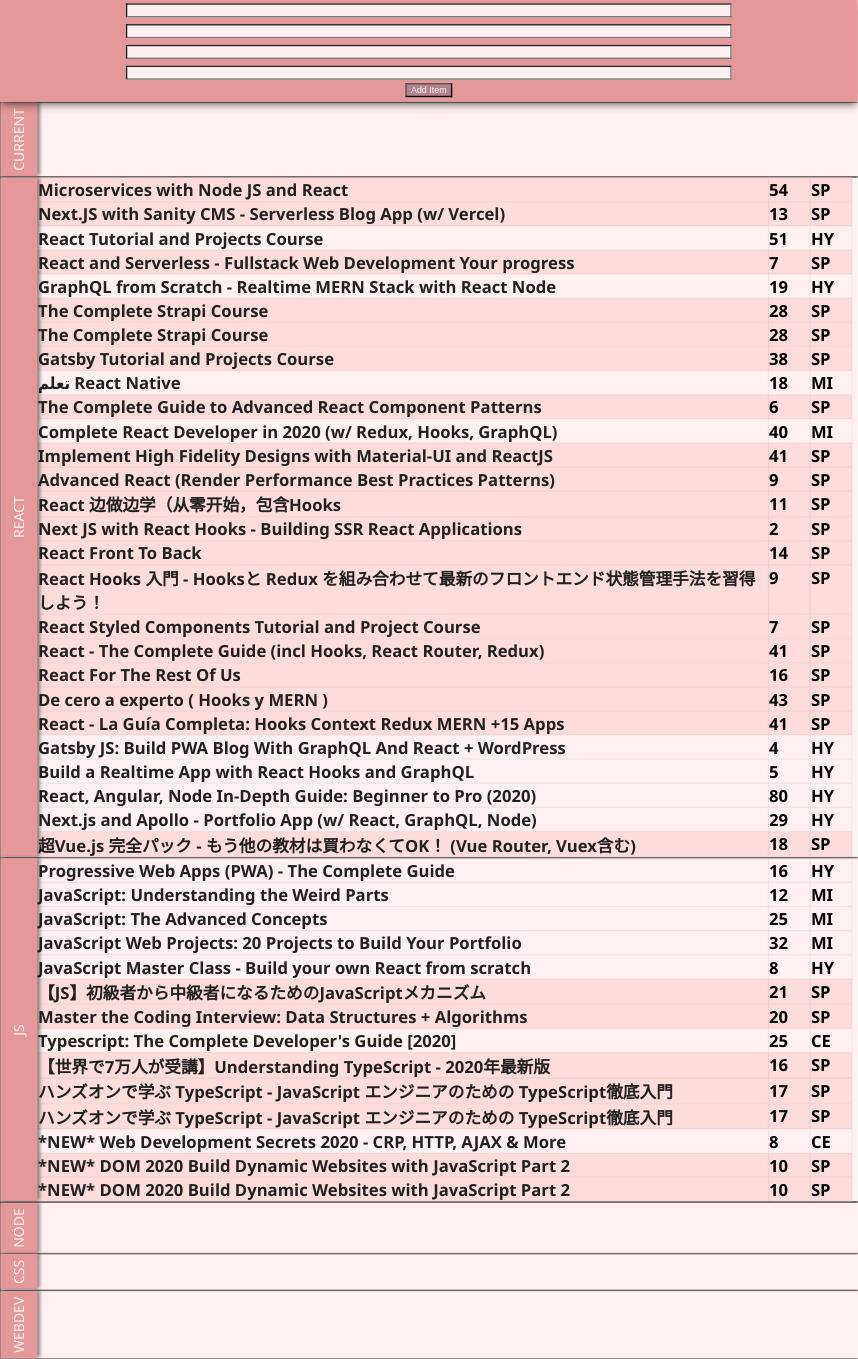
Repository: ClementLight/plan
Page: codicrs.html
These files come from the project's save history. The page is drawn as it stood at one moment and after the next save; the edit follows.
The browser window is 1280 px wide. The pictures show the whole page, at 67% of full size.

Above is the page before, as saved 2020-09-01 14:30:38.

### codicrs.html
<!DOCTYPE html>
<html lang="en">
  <head>
    <meta charset="UTF-8" />
    <meta name="viewport" content="width=device-width, initial-scale=1.0" />
    <title>Plan List</title>
    <link rel="stylesheet" href="style.css" />
  </head>
  <body>
    <section id="add-item" class="add-item">
      <input type="text" class="add-item__input--url" />
      <input type="text" class="add-item__input--name" />
      <input type="text" class="add-item__input--hours" />
      <input type="text" class="add-item__input--account" />
      <button class="add-item__button">Add Item</button>
    </section>
    <section class="top-container">
      <section class="maincontainers">
        <div class="lessontype">CURRENT</div>
        <div id="lessonsCurrent" class="lessons"></div>
      </section>
      <section class="maincontainers">
        <div id="react-section" class="lessontype">REACT</div>
        <div id="lessonsReact" class="lessons"></div>
      </section>
      <section class="maincontainers">
        <div class="lessontype">JS</div>
        <div id="lessonsJavascript" class="lessons"></div>
      </section>
      <section class="maincontainers">
        <div class="lessontype">NODE</div>
        <div id="lessonsNode" class="lessons"></div>
      </section>
      <section class="maincontainers">
        <div class="lessontype">CSS</div>
        <div id="lessonsCss" class="lessons"></div>
      </section>
      <section class="maincontainers">
        <div class="lessontype">WEBDEV</div>
        <div id="lessonsWebdev" class="lessons"></div>
      </section>
    </section>

    <!-- //TODO scripts -->
    <script src="jsondata.js"></script>
    <script>
      //   document.body.innerHTML += `
      //  <section class="top-container">
      //   <section idclass="maincontainers">
      //     <div class="lessontype">${item.subject}</div>
      //     <div id="lessons" class="lessons">

      //     </div>
      //   </section>
      // </section>

      database.map((item) => {
        document.getElementById(`lessons${item.subject}`).innerHTML += `
            <div class="lesson lesson-background-filter">
              <a class="lessonname" href=${item.url}>${item.title}</a>
              <span class="hours">${item.hours}</span>
              <span class="account">${item.account}</span>
            </div>
        `
      })

      // const hoursList = [...document.querySelectorAll(".hours")]
      let allClasses = Array.from(document.querySelectorAll(".hours"))
      allClassesValues = allClasses.map((node) => parseInt(node.textContent))
      let total = allClassesValues.reduce((a, b) => a + b, 0)

      const addItem = () => {
        itemUrl = document.querySelector(".add-item__input--url").value
        itemName = document.querySelector(".add-item__input--name").value
        itemHours = document.querySelector(".add-item__input--hours").value
        itemAccount = document.querySelector(".add-item__input--account").value

        newItemHtml = `
        <div class="lesson lesson-background-filter">
        <a class="lessonname" href="${itemUrl}">${itemName} </a>
        <span class="hours">${itemHours}</span>
        <span class="account">${itemAccount}</span>
        </div>
        `
        document.getElementById("react-section__lessons").insertAdjacentHTML("afterbegin", newItemHtml)

        console.log(newItemHtml)
      }

      document.querySelector(".add-item__button").addEventListener("click", addItem)
      console.log(navigator.userAgent)

      //TODO check browser

      let browserAndVersion = (navigator.sayswho = (function () {
        var ua = navigator.userAgent,
          tem,
          M = ua.match(/(opera|chrome|safari|firefox|msie|trident(?=\/))\/?\s*(\d+)/i) || []
        if (/trident/i.test(M[1])) {
          tem = /\brv[ :]+(\d+)/g.exec(ua) || []
          return "IE " + (tem[1] || "")
        }
        if (M[1] === "Chrome") {
          tem = ua.match(/\b(OPR|Edge?)\/(\d+)/)
          if (tem != null) return tem.slice(1).join(" ").replace("OPR", "Opera").replace("Edg ", "Edge ")
        }
        M = M[2] ? [M[1], M[2]] : [navigator.appName, navigator.appVersion, "-?"]
        if ((tem = ua.match(/version\/(\d+)/i)) != null) M.splice(1, 1, tem[1])
        return M.join(" ")
      })())

      //TODO xpath way of selecting stuff. I like it.
      function getElementsByXPath(xpath, parent) {
        let results = []
        let query = document.evaluate(xpath, parent || document, null, XPathResult.ORDERED_NODE_SNAPSHOT_TYPE, null)
        for (let i = 0, length = query.snapshotLength; i < length; ++i) {
          results.push(query.snapshotItem(i))
        }
        return results
      }

      if (browserAndVersion.includes("Chrome")) {
        let itemsXPathed = getElementsByXPath("//span[text()='SP']")
        itemsXPathed.forEach((node) => {
          node.parentElement.classList.remove("lesson-background-filter")
          node.parentElement.classList.add("browserColor")
        })
      } else if (browserAndVersion.includes("Firefox")) {
        let itemsXPathed = getElementsByXPath("//span[text()='HY']")
        itemsXPathed.forEach((node) => {
          node.parentElement.classList.remove("lesson-background-filter")
          node.parentElement.classList.add("browserColor")
        })
      } else if (browserAndVersion.includes("Edge")) {
        //here for a chage I got the parent element directly with xpath
        let itemsXPathed = getElementsByXPath("//div[./span[text()='MI']]")
        itemsXPathed.forEach((node) => {
          node.classList.remove("lesson-background-filter")
          node.classList.add("browserColor")
        })
      } else if (browserAndVersion.includes("Opera")) {
        //here for a chage I got the parent element directly with xpath
        let itemsXPathed = getElementsByXPath("//div[./span[text()='CE']]")
        itemsXPathed.forEach((node) => {
          node.classList.remove("lesson-background-filter")
          node.classList.add("browserColor")
        })
      }
    </script>
  </body>
</html>

### jsondata.js
let database = [
  //   {
  //     id: "1",
  //     subject: "node",
  //     tags: "Node, MongoDB",
  //     hours: 42,
  //     account: "SP",
  //     title: "Node.js, Express, MongoDB & More: The Complete Bootcamp 2020",
  //     url: "https://www.udemy.com/course/nodejs-express-mongodb-bootcamp/learn/lecture/15065290?start=135#overview",
  //   },
  //   {
  //     id: "2",
  //     subject: "react",
  //     tags: "React, Styled Components",
  //     hours: 7,
  //     account: "SP",
  //     title: "React Styled Components Tutorial and Project Course",
  //     url: "https://www.udemy.com/course/styled-components-tutorial-and-project-course/learn/lecture/15328098?start=15#overview",
  //   },
  //   {
  //     id: "3",
  //     subject: "react",
  //     tags: "Node",
  //     hours: 35,
  //     account: "MI",
  //     title: "The Complete Node.js Developer Course (3rd Edition)",
  //     url: "https://www.udemy.com/course/the-complete-nodejs-developer-course-2/learn/lecture/13729190?start=0#announcements",
  //   },
  //   {
  //     id: "4",
  //     subject: "react",
  //     tags: "React, Gatsby",
  //     hours: 38,
  //     account: "SP",
  //     title: "Gatsby Tutorial and Projects Course",
  //     url: "https://www.udemy.com/course/gatsby-tutorial-and-projects-course/learn/lecture/14891808#overview",
  //   },

  {
    id: "1",
    subject: "React",
    tags: "React, Microservices, Node",
    hours: 54,
    account: "SP",
    title: "Microservices with Node JS and React",
    url: "https://www.udemy.com/course/microservices-with-node-js-and-react/learn/lecture/19248060#overview",
  },
  {
    id: "2",
    subject: "React",
    tags: "React, Nextjs",
    hours: 13,
    account: "SP",
    title: "Next.JS with Sanity CMS - Serverless Blog App (w/ Vercel)",
    url: "https://www.udemy.com/course/nextjs-with-sanity-cms-serverless-blog-app-w-vercel/learn/lecture/20359909#overview",
  },
  {
    id: "3",
    subject: "React",
    tags: "React",
    hours: 51,
    account: "HY",
    title: "React Tutorial and Projects Course",
    url: "https://www.udemy.com/course/react-tutorial-and-projects-course/learn/lecture/12499178?start=0#overview",
  },
  {
    id: "4",
    subject: "React",
    tags: "React, Serverless",
    hours: 7,
    account: "SP",
    title: "React and Serverless - Fullstack Web Development Your progress",
    url: "https://www.udemy.com/course/react-and-serverless/learn/lecture/20008686?start=0#overview",
  },
  {
    id: "5",
    subject: "React",
    tags: "React, GraphQL, Node",
    hours: 19,
    account: "HY",
    title: "GraphQL from Scratch - Realtime MERN Stack with React Node",
    url: "https://www.udemy.com/course/graphql-react-node/learn/lecture/19711874?start=0#overview",
  },
  {
    id: "6",
    subject: "React",
    tags: "React, Strapi",
    hours: 28,
    account: "SP",
    title: "The Complete Strapi Course",
    url: "https://www.udemy.com/course/the-complete-strapi-course/learn/lecture/20153090#overvieww",
  },
  {
    id: "7",
    subject: "React",
    tags: "React, Strapi",
    hours: 28,
    account: "SP",
    title: "The Complete Strapi Course",
    url: "https://www.udemy.com/course/the-complete-strapi-course/learn/lecture/20153090#overvieww",
  },
  {
    id: "8",
    subject: "React",
    tags: "React, Gatsby, GraphQL",
    hours: 38,
    account: "SP",
    title: "Gatsby Tutorial and Projects Course",
    url: "https://www.udemy.com/course/gatsby-tutorial-and-projects-course/learn/lecture/14891808#overview",
  },
  {
    id: "9",
    subject: "React",
    tags: "React, React Native",
    hours: 18,
    account: "MI",
    title: "تعلم React Native",
    url: "https://www.udemy.com/course/react-native-m/learn/lecture/20058580?start=15#questions",
  },
  {
    id: "10",
    subject: "React",
    tags: "React, Optimization",
    hours: 6,
    account: "SP",
    title: "The Complete Guide to Advanced React Component Patterns",
    url: "https://www.udemy.com/course/the-complete-guide-to-advanced-react-patterns/learn/lecture/17200022#overview",
  },
  {
    id: "11",
    subject: "React",
    tags: "React",
    hours: 40,
    account: "MI",
    title: "Complete React Developer in 2020 (w/ Redux, Hooks, GraphQL)",
    url: "https://www.udemy.com/course/complete-react-developer-zero-to-mastery/learn/lecture/14870615?start=0#overview",
  },
  {
    id: "12",
    subject: "React",
    tags: "React, Material UI",
    hours: 41,
    account: "SP",
    title: "Implement High Fidelity Designs with Material-UI and ReactJS",
    url: "https://www.udemy.com/course/implement-high-fidelity-designs-with-material-ui-and-reactjs/learn/lecture/16234402?start=165#overview",
  },
  {
    id: "13",
    subject: "React",
    tags: "React, Optimization",
    hours: 9,
    account: "SP",
    title: "Advanced React (Render Performance Best Practices Patterns)",
    url: "https://www.udemy.com/course/advanced-react-render-performance-best-practices-patterns/learn/lecture/19653114#overview",
  },
  {
    id: "14",
    subject: "React",
    tags: "React",
    hours: 11,
    account: "SP",
    title: "React 边做边学（从零开始，包含Hooks",
    url: "https://www.udemy.com/course/react-lean-by-doing/learn/lecture/16800324?start=512#overview",
  },
  {
    id: "15",
    subject: "React",
    tags: "React, Nextjs",
    hours: 2,
    account: "SP",
    title: "Next JS with React Hooks - Building SSR React Applications",
    url: "https://www.udemy.com/course/next-js-react-hooks/learn/lecture/14095110?start=0#overview",
  },
  {
    id: "16",
    subject: "React",
    tags: "React, Node",
    hours: 14,
    account: "SP",
    title: "React Front To Back",
    url: "https://www.udemy.com/course/modern-react-front-to-back/learn/lecture/14969812?start=174#overview",
  },
  {
    id: "17",
    subject: "React",
    tags: "React",
    hours: 9,
    account: "SP",
    title: "React Hooks 入門 - Hooksと Redux を組み合わせて最新のフロントエンド状態管理手法を習得しよう！",
    url: "https://www.udemy.com/course/react-hooks-101/learn/lecture/15049578?start=0#overview",
  },
  {
    id: "18",
    subject: "React",
    tags: "React, Styled Components",
    hours: 7,
    account: "SP",
    title: "React Styled Components Tutorial and Project Course",
    url: "https://www.udemy.com/course/styled-components-tutorial-and-project-course/learn/lecture/15328098?start=15#overview",
  },
  {
    id: "19",
    subject: "React",
    tags: "React, Styled Components",
    hours: 41,
    account: "SP",
    title: "React - The Complete Guide (incl Hooks, React Router, Redux)",
    url: "https://www.udemy.com/course/react-the-complete-guide-incl-redux/learn/lecture/13556330#overview",
  },
  {
    id: "20",
    subject: "React",
    tags: "React",
    hours: 16,
    account: "SP",
    title: "React For The Rest Of Us",
    url: "https://www.udemy.com/course/react-for-the-rest-of-us/learn/lecture/18081709#overview",
  },
  {
    id: "21",
    subject: "React",
    tags: "React, Node, MERN",
    hours: 43,
    account: "SP",
    title: "De cero a experto ( Hooks y MERN )",
    url: "https://www.udemy.com/course/react-cero-experto/learn/lecture/19751074?start=0#announcements",
  },
  {
    id: "22",
    subject: "React",
    tags: "React, Node, MERN",
    hours: 41,
    account: "SP",
    title: "React - La Guía Completa: Hooks Context Redux MERN +15 Apps",
    url: "https://www.udemy.com/course/react-de-principiante-a-experto-creando-mas-de-10-aplicaciones/learn/lecture/17666784?start=0#announcements",
  },
  {
    id: "23",
    subject: "React",
    tags: "React, Gatsby, GraphQL, Wordpress, PWA",
    hours: 4,
    account: "HY",
    title: "Gatsby JS: Build PWA Blog With GraphQL And React + WordPress",
    url: "https://www.udemy.com/course/gatsby-js-build-pwa-blog-with-graphql-and-react-wordpress/learn/lecture/15158236?start=0#overview",
  },
  {
    id: "24",
    subject: "React",
    tags: "React, GraphQL, Wordpress",
    hours: 5,
    account: "HY",
    title: "Build a Realtime App with React Hooks and GraphQL",
    url: "https://www.udemy.com/course/build-a-realtime-app-with-react-hooks-and-graphql/learn/lecture/13747756#overview",
  },
  {
    id: "25",
    subject: "React",
    tags: "React, Angular, Node",
    hours: 80,
    account: "HY",
    title: "React, Angular, Node In-Depth Guide: Beginner to Pro (2020)",
    url: "https://www.udemy.com/course/react-angular-node-in-depth-guide-beginner-to-pro-2020/learn/lecture/18569676?start=0#overview",
  },
  {
    id: "26",
    subject: "React",
    tags: "React, Nextjs, Node, GraphQL, Apollo",
    hours: 29,
    account: "HY",
    title: "Next.js and Apollo - Portfolio App (w/ React, GraphQL, Node)",
    url: "https://www.udemy.com/course/nextjs-and-apollo-portfolio-app-w-react-graphql-node/learn/lecture/18742898?start=0#overview",
  },
  {
    id: "27",
    subject: "React",
    tags: "Vue",
    hours: 18,
    account: "SP",
    title: "超Vue.js 完全パック - もう他の教材は買わなくてOK！ (Vue Router, Vuex含む)",
    url: "https://www.udemy.com/course/vue-js-complete-guide/learn/lecture/15370946?#overview",
  },
  {
    id: "28",
    subject: "Javascript",
    tags: "Javascript, PWA",
    hours: 16,
    account: "HY",
    title: "Progressive Web Apps (PWA) - The Complete Guide",
    url: "https://www.udemy.com/course/progressive-web-app-pwa-the-complete-guide/learn/lecture/13914126#overview",
  },
  {
    id: "29",
    subject: "Javascript",
    tags: "Javascript",
    hours: 12,
    account: "MI",
    title: "JavaScript: Understanding the Weird Parts",
    url: "https://www.udemy.com/course/understand-javascript/learn/lecture/2237542?start=0#overview",
  },
  {
    id: "30",
    subject: "Javascript",
    tags: "Javascript",
    hours: 25,
    account: "MI",
    title: "JavaScript: The Advanced Concepts",
    url: "https://www.udemy.com/course/advanced-javascript-concepts/learn/lecture/13772854#overview",
  },
  {
    id: "31",
    subject: "Javascript",
    tags: "Javascript",
    hours: 32,
    account: "MI",
    title: "JavaScript Web Projects: 20 Projects to Build Your Portfolio",
    url: "https://www.udemy.com/course/javascript-web-projects-to-build-your-portfolio-resume/learn/lecture/19961158?start=0#overview",
  },
  {
    id: "32",
    subject: "Javascript",
    tags: "Javascript, React",
    hours: 8,
    account: "HY",
    title: "JavaScript Master Class - Build your own React from scratch",
    url: "https://www.udemy.com/course/javascript-deep-dive-code-your-own-react-library/learn/lecture/12102042?start=60#overview",
  },
  {
    id: "33",
    subject: "Javascript",
    tags: "Javascript",
    hours: 21,
    account: "SP",
    title: "【JS】初級者から中級者になるためのJavaScriptメカニズム",
    url: "https://www.udemy.com/course/javascript-essence/learn/lecture/19799294?start=0#overview",
  },
  {
    id: "34",
    subject: "Javascript",
    tags: "Javascript",
    hours: 20,
    account: "SP",
    title: "Master the Coding Interview: Data Structures + Algorithms",
    url: "https://www.udemy.com/course/master-the-coding-interview-data-structures-algorithms/learn/lecture/12133484?start=120#overview",
  },
  {
    id: "35",
    subject: "Javascript",
    tags: "Javascript, Typescript",
    hours: 25,
    account: "CE",
    title: "Typescript: The Complete Developer's Guide [2020]",
    url: "https://www.udemy.com/course/typescript-the-complete-developers-guide/learn/lecture/14504488?start=0#overview",
  },
  {
    id: "36",
    subject: "Javascript",
    tags: "Javascript, Typescript",
    hours: 16,
    account: "SP",
    title: "【世界で7万人が受講】Understanding TypeScript - 2020年最新版",
    url: "https://www.udemy.com/course/understanding-typescript-jp/learn/lecture/18184848?start=0#overview",
  },
  {
    id: "37",
    subject: "Javascript",
    tags: "Javascript, Typescript",
    hours: 17,
    account: "SP",
    title: "ハンズオンで学ぶ TypeScript - JavaScript エンジニアのための TypeScript徹底入門",
    url: "https://www.udemy.com/course/ts-for-js-developers/learn/lecture/21394194#overview",
  },
  {
    id: "38",
    subject: "Javascript",
    tags: "Javascript, Typescript",
    hours: 17,
    account: "SP",
    title: "ハンズオンで学ぶ TypeScript - JavaScript エンジニアのための TypeScript徹底入門",
    url: "https://www.udemy.com/course/ts-for-js-developers/learn/lecture/21394194#overview",
  },
  {
    id: "39",
    subject: "Javascript",
    tags: "Javascript, Optimization",
    hours: 8,
    account: "CE",
    title: "*NEW* Web Development Secrets 2020 - CRP, HTTP, AJAX & More",
    url: "https://www.udemy.com/course/new-web-development-secrets/learn/lecture/15578344?start=0#overview",
  },
  {
    id: "40",
    subject: "Javascript",
    tags: "Javascript, Optimization",
    hours: 10,
    account: "SP",
    title: "*NEW* DOM 2020 Build Dynamic Websites with JavaScript Part 2",
    url: "https://www.udemy.com/course/build-dynamic-websites-dom-2/learn/lecture/17908964#overview",
  },
  {
    id: "40",
    subject: "Javascript",
    tags: "Javascript, Optimization",
    hours: 10,
    account: "SP",
    title: "*NEW* DOM 2020 Build Dynamic Websites with JavaScript Part 2",
    url: "https://www.udemy.com/course/build-dynamic-websites-dom-2/learn/lecture/17908964#overview",
  },
]

Loaded but not shown: style.css (214 lines, source omitted)

After the next save:
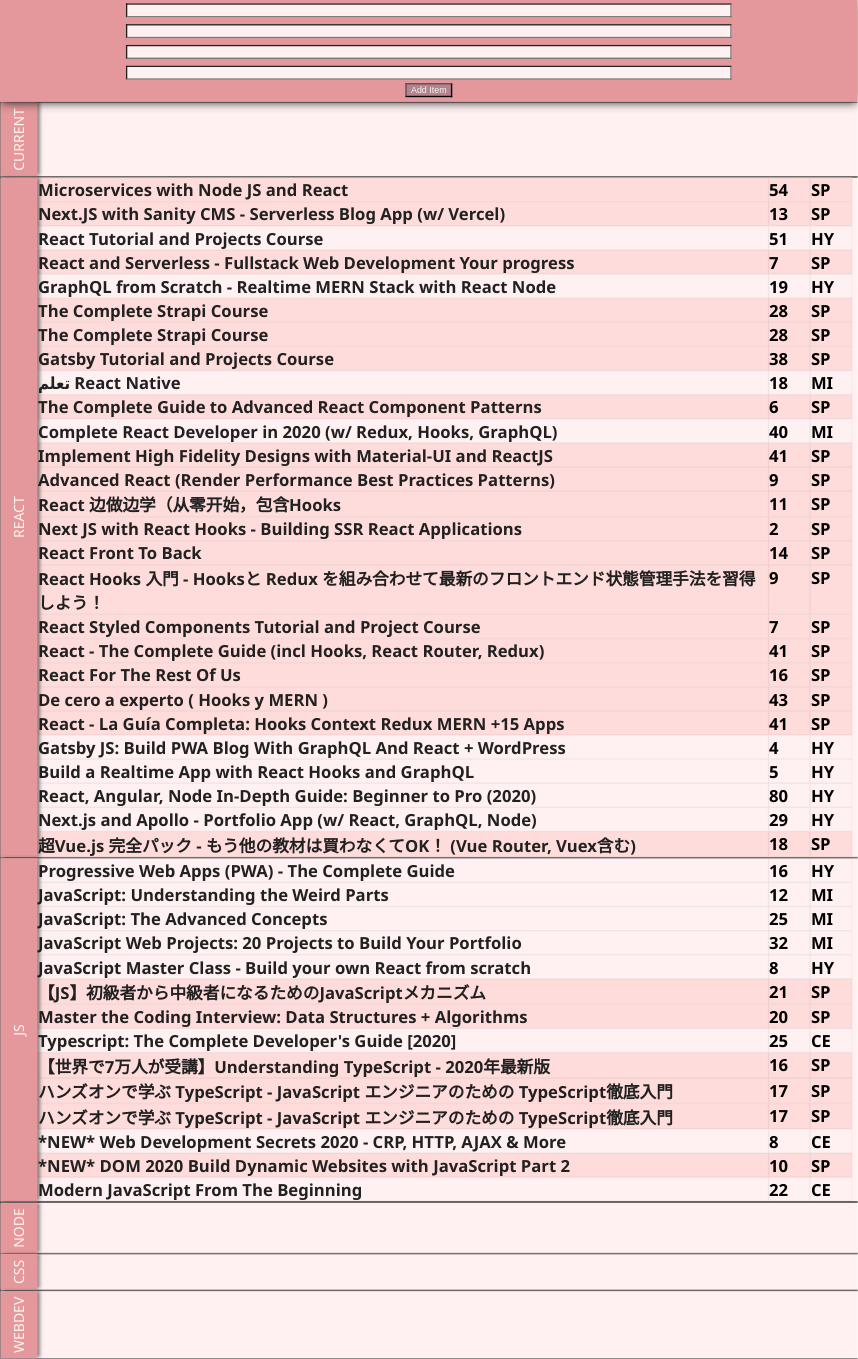
Saved 13 s later.
--- a/jsondata.js
+++ b/jsondata.js
@@ -397,12 +397,12 @@
     url: "https://www.udemy.com/course/build-dynamic-websites-dom-2/learn/lecture/17908964#overview",
   },
   {
-    id: "40",
+    id: "41",
     subject: "Javascript",
     tags: "Javascript, Optimization",
-    hours: 10,
-    account: "SP",
-    title: "*NEW* DOM 2020 Build Dynamic Websites with JavaScript Part 2",
+    hours: 22,
+    account: "CE",
+    title: "Modern JavaScript From The Beginning",
     url: "https://www.udemy.com/course/build-dynamic-websites-dom-2/learn/lecture/17908964#overview",
   },
 ]
